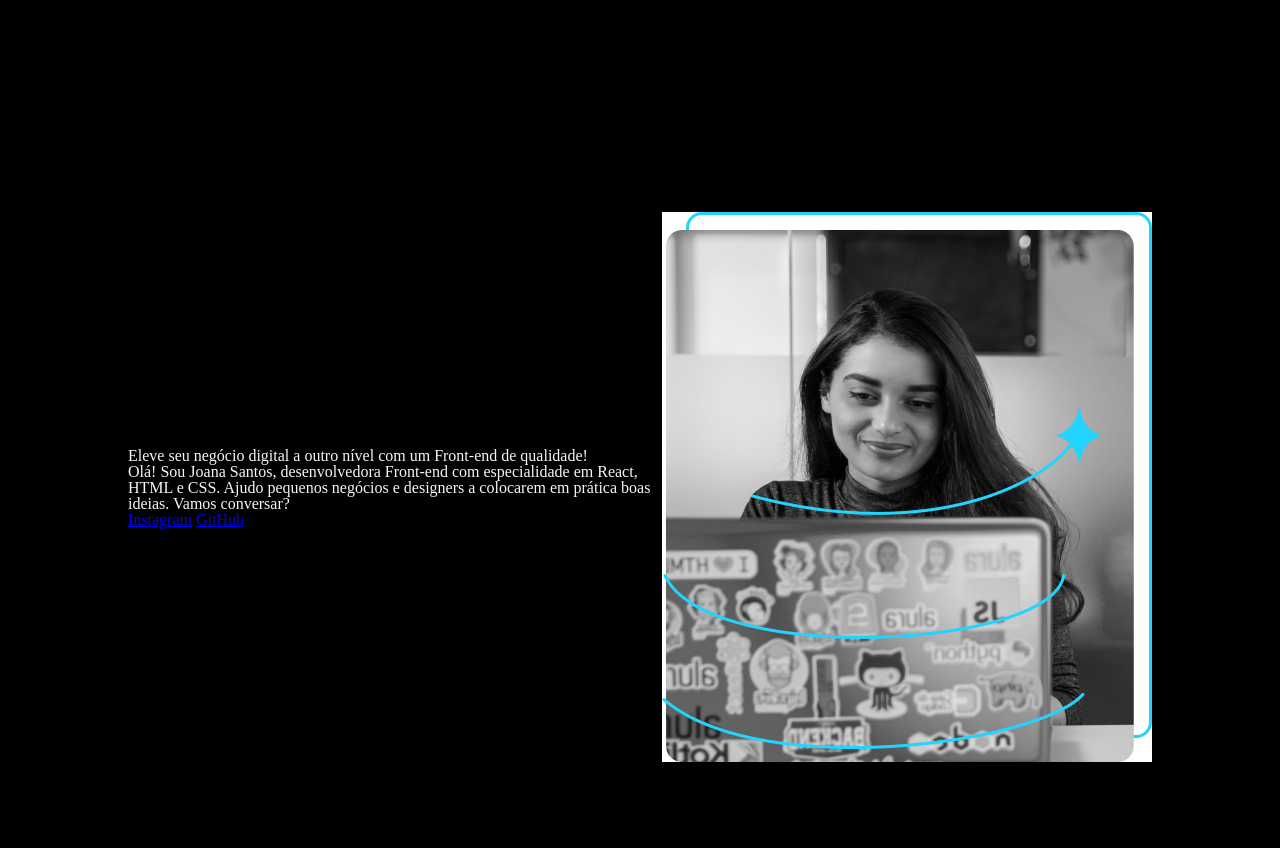
Repository: joaoPraiaJunior/html-basico
Page: index.html
An editor plug-in stored every save of this project. The page is shown before and after the next save, followed by the edit.
The browser window is 1280 px wide. The pictures show the whole page.

Above is the page before, as saved 2024-06-01 18:07:34.

### index.html
<!DOCTYPE html>
<html lang="pt-BR" dir="ltr">
  <head>
    <meta charset="UTF-8" />
    <meta http-equiv="X-UA-Compatible" content="IE=edge" />
    <meta name="viewport" content="width=device-width, initial-scale=1.0" />
    <title>Portifólio</title>
    <link rel="stylesheet" href="css/reset.css" />
    <link rel="stylesheet" href="css/style.css" />
  </head>
  <body>
    <header></header>
    <main class="apresentacao">
      <section>
        <h1>
          Eleve seu negócio digital a outro nível com um Front-end de qualidade!
        </h1>
        <p>
          Olá! Sou Joana Santos, desenvolvedora Front-end com especialidade em
          React, HTML e CSS. Ajudo pequenos negócios e designers a colocarem em
          prática boas ideias. Vamos conversar?
        </p>
        <a href="https://www.instagram.com/joaopraiajunior/">Instagram</a>
        <a href="https://github.com/joaoPraiaJunior">GitHub</a>
      </section>
      <section>
        <img src="images/Imagem.jpg" alt="foto da joana santos programando!" />
      </section>
    </main>
    <footer></footer>
  </body>
</html>

### css/reset.css
/* http://meyerweb.com/eric/tools/css/reset/
   v2.0 | 20110126
   License: none (public domain)
*/

* {
    box-sizing: border-box;
}

html, body, div, span, applet, object, iframe,
h1, h2, h3, h4, h5, h6, p, blockquote, pre,
a, abbr, acronym, address, big, cite, code,
del, dfn, em, img, ins, kbd, q, s, samp,
small, strike, strong, sub, sup, tt, var,
b, u, i, center,
dl, dt, dd, ol, ul, li,
fieldset, form, label, legend,
table, caption, tbody, tfoot, thead, tr, th, td,
article, aside, canvas, details, embed,
figure, figcaption, footer, header, hgroup,
menu, nav, output, ruby, section, summary,
time, mark, audio, video {
	margin: 0;
	padding: 0;
	border: 0;
	font-size: 100%;
	font: inherit;
	vertical-align: baseline;
}
/* HTML5 display-role reset for older browsers */
article, aside, details, figcaption, figure,
footer, header, hgroup, menu, nav, section {
	display: block;
}
body {
	line-height: 1;
}
ol, ul {
	list-style: none;
}
blockquote, q {
	quotes: none;
}
blockquote:before, blockquote:after,
q:before, q:after {
	content: '';
	content: none;
}
table {
	border-collapse: collapse;
	border-spacing: 0;
}

### css/style.css
body {
  color: #f6f6f6;
  background-color: #000;
  height: 100vh;
}

.titulo-destaque {
  color: #22d4fd;
}

.apresentacao {
  margin: 10%;
  display: flex;
  justify-content: space-around;
  align-items: center;
  height: 100vh;
}

After the next save:
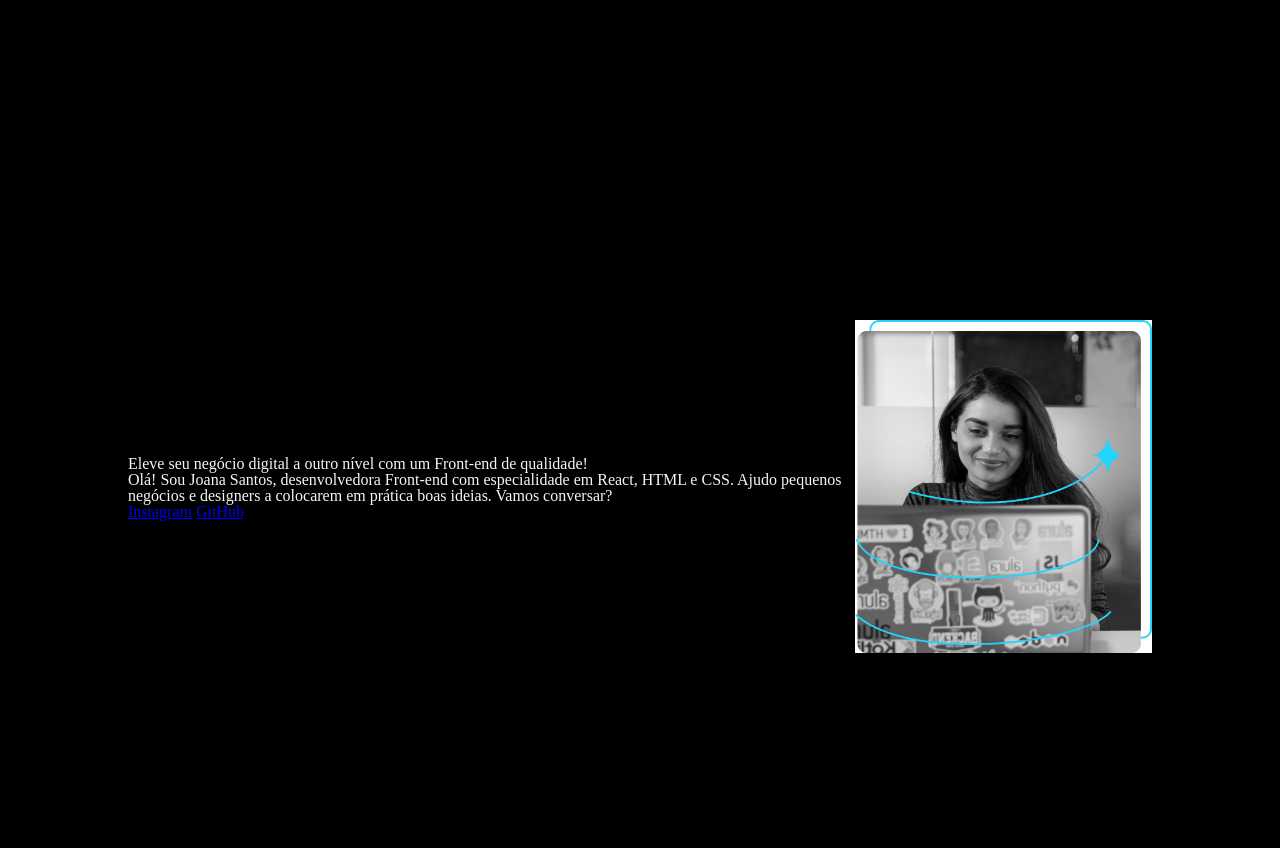
Saved 18 s later.
--- a/css/style.css
+++ b/css/style.css
@@ -15,3 +15,7 @@
   align-items: center;
   height: 100vh;
 }
+
+img {
+  max-width: 100%;
+}
